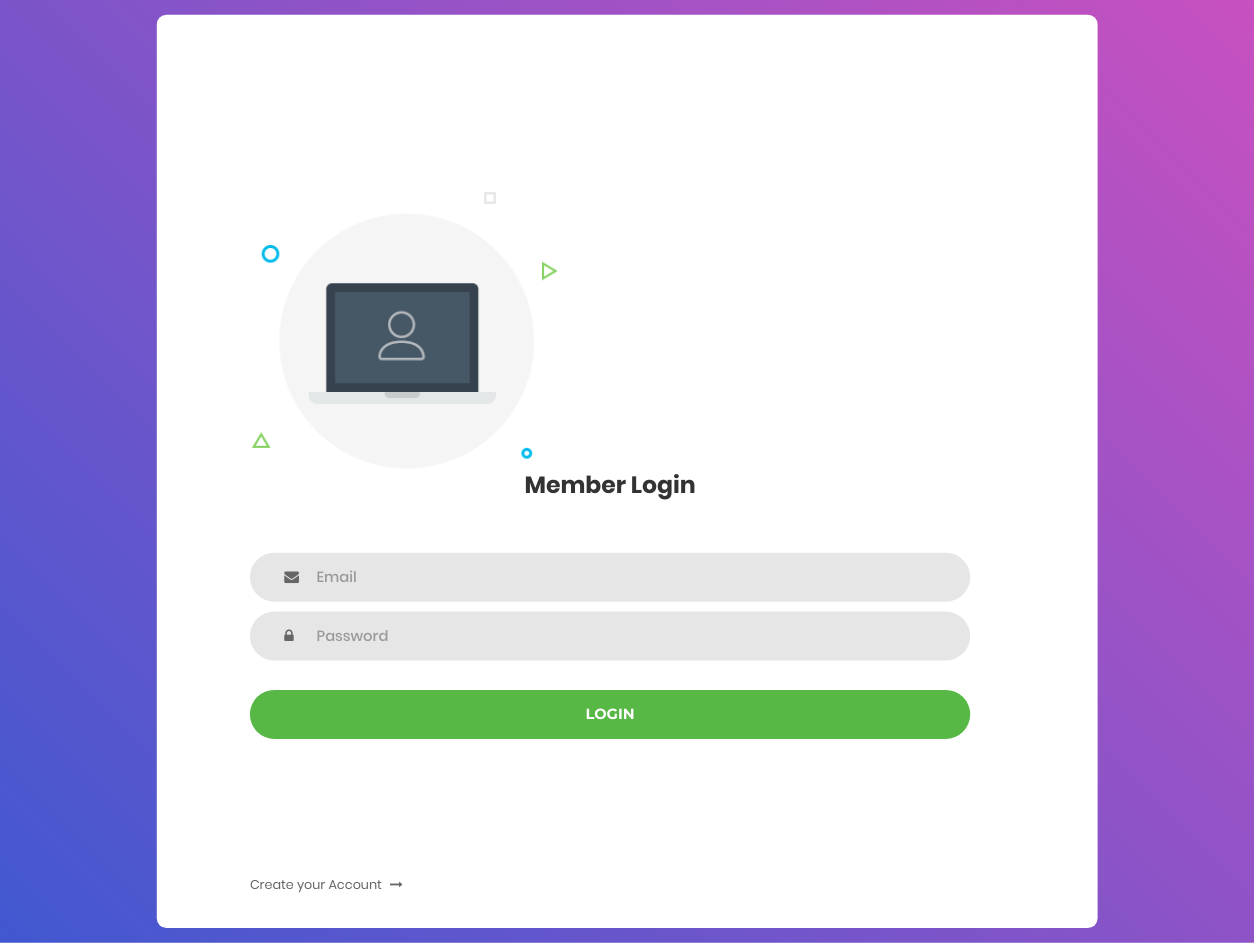
Repository: AkmalNizam/JEE-Exercise-
Page: http://localhost/ZooTaiping/admin_login.jsp
The author's editor kept a copy of each file at every save. The page is drawn from the files as they stood at one save, then again after the next save.
The browser window is 1280 px wide. The pictures show the whole page, at 98% of full size.
The page is served by Tomcat 10. Other server files are loaded and not shown.

Above is the page before, as saved 2022-07-03 03:37:56.

### ZooTaiping/src/main/webapp/admin_login.jsp
<%@ page language="java" contentType="text/html; charset=UTF-8"
    pageEncoding="UTF-8"%>
<!DOCTYPE html>
<html>
<head>
<meta charset="UTF-8">
<title>Admin Login</title>
	<meta charset="UTF-8">
	<meta name="viewport" content="width=device-width, initial-scale=1">
<!--===============================================================================================-->
	<link rel="icon" type="image/png" href="images/icons/favicon.ico"/>
<!--===============================================================================================-->
	<link rel="stylesheet" type="text/css" href="vendor/bootstrap/css/bootstrap.min.css">
<!--===============================================================================================-->
	<link rel="stylesheet" type="text/css" href="fonts/font-awesome-4.7.0/css/font-awesome.min.css">
<!--===============================================================================================-->
	<link rel="stylesheet" type="text/css" href="vendor/animate/animate.css">
<!--===============================================================================================-->
	<link rel="stylesheet" type="text/css" href="vendor/css-hamburgers/hamburgers.min.css">
<!--===============================================================================================-->
	<link rel="stylesheet" type="text/css" href="vendor/select2/select2.min.css">
<!--===============================================================================================-->
	<link rel="stylesheet" type="text/css" href="css/util.css">
	<link rel="stylesheet" type="text/css" href="css/main.css">
<!--===============================================================================================-->
</head>
<body>

<form action=AdminLoginServlet method=post>
<div class="limiter">
		<div class="container-login100">
			<div class="wrap-login100">
				<div class="login100-pic js-tilt" data-tilt>
					<img src="images/img-01.png" alt="IMG">
				</div>

				<form class="login100-form validate-form">
					<span class="login100-form-title">
						Member Login
					</span>

					<div class="wrap-input100 validate-input" data-validate = "Valid email is required: ex@abc.xyz">
						<input class="input100" type="text" name="email" placeholder="Email">
						<span class="focus-input100"></span>
						<span class="symbol-input100">
							<i class="fa fa-envelope" aria-hidden="true"></i>
						</span>
					</div>

					<div class="wrap-input100 validate-input" data-validate = "Password is required">
						<input class="input100" type="password" name="pass" placeholder="Password">
						<span class="focus-input100"></span>
						<span class="symbol-input100">
							<i class="fa fa-lock" aria-hidden="true"></i>
						</span>
					</div>

					<div class="container-login100-form-btn">
						<button class="login100-form-btn">
							Login
						</button>
					</div>


					<div class="text-center p-t-136">
						<a class="txt2" href="#">
							Create your Account
							<i class="fa fa-long-arrow-right m-l-5" aria-hidden="true"></i>
						</a>
					</div>
				</form>
			</div>
		</div>
	</div>
</form>
<!--===============================================================================================-->
	<script src="vendor/jquery/jquery-3.2.1.min.js"></script>
<!--===============================================================================================-->
	<script src="vendor/bootstrap/js/popper.js"></script>
	<script src="vendor/bootstrap/js/bootstrap.min.js"></script>
<!--===============================================================================================-->
	<script src="vendor/select2/select2.min.js"></script>
<!--===============================================================================================-->
	<script src="vendor/tilt/tilt.jquery.min.js"></script>
	<script >
		$('.js-tilt').tilt({
			scale: 1.1
		})
	</script>
<!--===============================================================================================-->
	<script src="js/main.js"></script>
</body>
</html>

### ZooTaiping/src/main/webapp/css/main.css




/*//////////////////////////////////////////////////////////////////
[ FONT ]*/

@font-face {
  font-family: Poppins-Regular;
  src: url('../fonts/poppins/Poppins-Regular.ttf');
}

@font-face {
  font-family: Poppins-Bold;
  src: url('../fonts/poppins/Poppins-Bold.ttf');
}

@font-face {
  font-family: Poppins-Medium;
  src: url('../fonts/poppins/Poppins-Medium.ttf');
}

@font-face {
  font-family: Montserrat-Bold;
  src: url('../fonts/montserrat/Montserrat-Bold.ttf');
}

/*//////////////////////////////////////////////////////////////////
[ RESTYLE TAG ]*/

* {
	margin: 0px;
	padding: 0px;
	box-sizing: border-box;
}

body, html {
	height: 100%;
	font-family: Poppins-Regular, sans-serif;
}

/*---------------------------------------------*/
a {
	font-family: Poppins-Regular;
	font-size: 14px;
	line-height: 1.7;
	color: #666666;
	margin: 0px;
	transition: all 0.4s;
	-webkit-transition: all 0.4s;
  -o-transition: all 0.4s;
  -moz-transition: all 0.4s;
}

a:focus {
	outline: none !important;
}

a:hover {
	text-decoration: none;
  color: #57b846;
}

/*---------------------------------------------*/
h1,h2,h3,h4,h5,h6 {
	margin: 0px;
}

p {
	font-family: Poppins-Regular;
	font-size: 14px;
	line-height: 1.7;
	color: #666666;
	margin: 0px;
}

ul, li {
	margin: 0px;
	list-style-type: none;
}


/*---------------------------------------------*/
input {
	outline: none;
	border: none;
}

textarea {
  outline: none;
  border: none;
}

textarea:focus, input:focus {
  border-color: transparent !important;
}

input:focus::-webkit-input-placeholder { color:transparent; }
input:focus:-moz-placeholder { color:transparent; }
input:focus::-moz-placeholder { color:transparent; }
input:focus:-ms-input-placeholder { color:transparent; }

textarea:focus::-webkit-input-placeholder { color:transparent; }
textarea:focus:-moz-placeholder { color:transparent; }
textarea:focus::-moz-placeholder { color:transparent; }
textarea:focus:-ms-input-placeholder { color:transparent; }

input::-webkit-input-placeholder { color: #999999; }
input:-moz-placeholder { color: #999999; }
input::-moz-placeholder { color: #999999; }
input:-ms-input-placeholder { color: #999999; }

textarea::-webkit-input-placeholder { color: #999999; }
textarea:-moz-placeholder { color: #999999; }
textarea::-moz-placeholder { color: #999999; }
textarea:-ms-input-placeholder { color: #999999; }

/*---------------------------------------------*/
button {
	outline: none !important;
	border: none;
	background: transparent;
}

button:hover {
	cursor: pointer;
}

iframe {
	border: none !important;
}


/*//////////////////////////////////////////////////////////////////
[ Utility ]*/
.txt1 {
  font-family: Poppins-Regular;
  font-size: 13px;
  line-height: 1.5;
  color: #999999;
}

.txt2 {
  font-family: Poppins-Regular;
  font-size: 13px;
  line-height: 1.5;
  color: #666666;
}


/*//////////////////////////////////////////////////////////////////
[ login ]*/

.limiter {
  width: 100%;
  margin: 0 auto;
}

.container-login100 {
  width: 100%;
  min-height: 100vh;
  display: -webkit-box;
  display: -webkit-flex;
  display: -moz-box;
  display: -ms-flexbox;
  display: flex;
  flex-wrap: wrap;
  justify-content: center;
  align-items: center;
  padding: 15px;
  background: #9053c7;
  background: -webkit-linear-gradient(-135deg, #c850c0, #4158d0);
  background: -o-linear-gradient(-135deg, #c850c0, #4158d0);
  background: -moz-linear-gradient(-135deg, #c850c0, #4158d0);
  background: linear-gradient(-135deg, #c850c0, #4158d0);
}

.wrap-login100 {
  width: 960px;
  background: #fff;
  border-radius: 10px;
  overflow: hidden;

  display: -webkit-box;
  display: -webkit-flex;
  display: -moz-box;
  display: -ms-flexbox;
  display: flex;
  flex-wrap: wrap;
  justify-content: space-between;
  padding: 177px 130px 33px 95px;
}

/*------------------------------------------------------------------
[  ]*/
.login100-pic {
  width: 316px;
}

.login100-pic img {
  max-width: 100%;
}


/*------------------------------------------------------------------
[  ]*/
.login100-form {
  width: 290px;
}

.login100-form-title {
  font-family: Poppins-Bold;
  font-size: 24px;
  color: #333333;
  line-height: 1.2;
  text-align: center;

  width: 100%;
  display: block;
  padding-bottom: 54px;
}


/*---------------------------------------------*/
.wrap-input100 {
  position: relative;
  width: 100%;
  z-index: 1;
  margin-bottom: 10px;
}

.input100 {
  font-family: Poppins-Medium;
  font-size: 15px;
  line-height: 1.5;
  color: #666666;

  display: block;
  width: 100%;
  background: #e6e6e6;
  height: 50px;
  border-radius: 25px;
  padding: 0 30px 0 68px;
}


/*------------------------------------------------------------------
[ Focus ]*/
.focus-input100 {
  display: block;
  position: absolute;
  border-radius: 25px;
  bottom: 0;
  left: 0;
  z-index: -1;
  width: 100%;
  height: 100%;
  box-shadow: 0px 0px 0px 0px;
  color: rgba(87,184,70, 0.8);
}

.input100:focus + .focus-input100 {
  -webkit-animation: anim-shadow 0.5s ease-in-out forwards;
  animation: anim-shadow 0.5s ease-in-out forwards;
}

@-webkit-keyframes anim-shadow {
  to {
    box-shadow: 0px 0px 70px 25px;
    opacity: 0;
  }
}

@keyframes anim-shadow {
  to {
    box-shadow: 0px 0px 70px 25px;
    opacity: 0;
  }
}

.symbol-input100 {
  font-size: 15px;

  display: -webkit-box;
  display: -webkit-flex;
  display: -moz-box;
  display: -ms-flexbox;
  display: flex;
  align-items: center;
  position: absolute;
  border-radius: 25px;
  bottom: 0;
  left: 0;
  width: 100%;
  height: 100%;
  padding-left: 35px;
  pointer-events: none;
  color: #666666;

  -webkit-transition: all 0.4s;
  -o-transition: all 0.4s;
  -moz-transition: all 0.4s;
  transition: all 0.4s;
}

.input100:focus + .focus-input100 + .symbol-input100 {
  color: #57b846;
  padding-left: 28px;
}

/*------------------------------------------------------------------
[ Button ]*/
.container-login100-form-btn {
  width: 100%;
  display: -webkit-box;
  display: -webkit-flex;
  display: -moz-box;
  display: -ms-flexbox;
  display: flex;
  flex-wrap: wrap;
  justify-content: center;
  padding-top: 20px;
}

.login100-form-btn {
  font-family: Montserrat-Bold;
  font-size: 15px;
  line-height: 1.5;
  color: #fff;
  text-transform: uppercase;

  width: 100%;
  height: 50px;
  border-radius: 25px;
  background: #57b846;
  display: -webkit-box;
  display: -webkit-flex;
  display: -moz-box;
  display: -ms-flexbox;
  display: flex;
  justify-content: center;
  align-items: center;
  padding: 0 25px;

  -webkit-transition: all 0.4s;
  -o-transition: all 0.4s;
  -moz-transition: all 0.4s;
  transition: all 0.4s;
}

.login100-form-btn:hover {
  background: #333333;
}



/*------------------------------------------------------------------
[ Responsive ]*/



@media (max-width: 992px) {
  .wrap-login100 {
    padding: 177px 90px 33px 85px;
  }

  .login100-pic {
    width: 35%;
  }

  .login100-form {
    width: 50%;
  }
}

@media (max-width: 768px) {
  .wrap-login100 {
    padding: 100px 80px 33px 80px;
  }

  .login100-pic {
    display: none;
  }

  .login100-form {
    width: 100%;
  }
}

@media (max-width: 576px) {
  .wrap-login100 {
    padding: 100px 15px 33px 15px;
  }
}


/*------------------------------------------------------------------
[ Alert validate ]*/

.validate-input {
  position: relative;
}

.alert-validate::before {
  content: attr(data-validate);
  position: absolute;
  max-width: 70%;
  background-color: white;
  border: 1px solid #c80000;
  border-radius: 13px;
  padding: 4px 25px 4px 10px;
  top: 50%;
  -webkit-transform: translateY(-50%);
  -moz-transform: translateY(-50%);
  -ms-transform: translateY(-50%);
  -o-transform: translateY(-50%);
  transform: translateY(-50%);
  right: 8px;
  pointer-events: none;

  font-family: Poppins-Medium;
  color: #c80000;
  font-size: 13px;
  line-height: 1.4;
  text-align: left;

  visibility: hidden;
  opacity: 0;

  -webkit-transition: opacity 0.4s;
  -o-transition: opacity 0.4s;
  -moz-transition: opacity 0.4s;
  transition: opacity 0.4s;
}

.alert-validate::after {
  content: "\f06a";
  font-family: FontAwesome;
  display: block;
  position: absolute;
  color: #c80000;
  font-size: 15px;
  top: 50%;
  -webkit-transform: translateY(-50%);
  -moz-transform: translateY(-50%);
  -ms-transform: translateY(-50%);
  -o-transform: translateY(-50%);
  transform: translateY(-50%);
  right: 13px;
}

.alert-validate:hover:before {
  visibility: visible;
  opacity: 1;
}

@media (max-width: 992px) {
  .alert-validate::before {
    visibility: visible;
    opacity: 1;
  }
}

Loaded but not shown: ZooTaiping/src/main/webapp/fonts/font-awesome-4.7.0/css/font-awesome.min.css (library); ZooTaiping/src/main/webapp/js/main.js (57 lines, source omitted); ZooTaiping/src/main/webapp/css/util.css (2984 lines, source omitted)

After the next save:
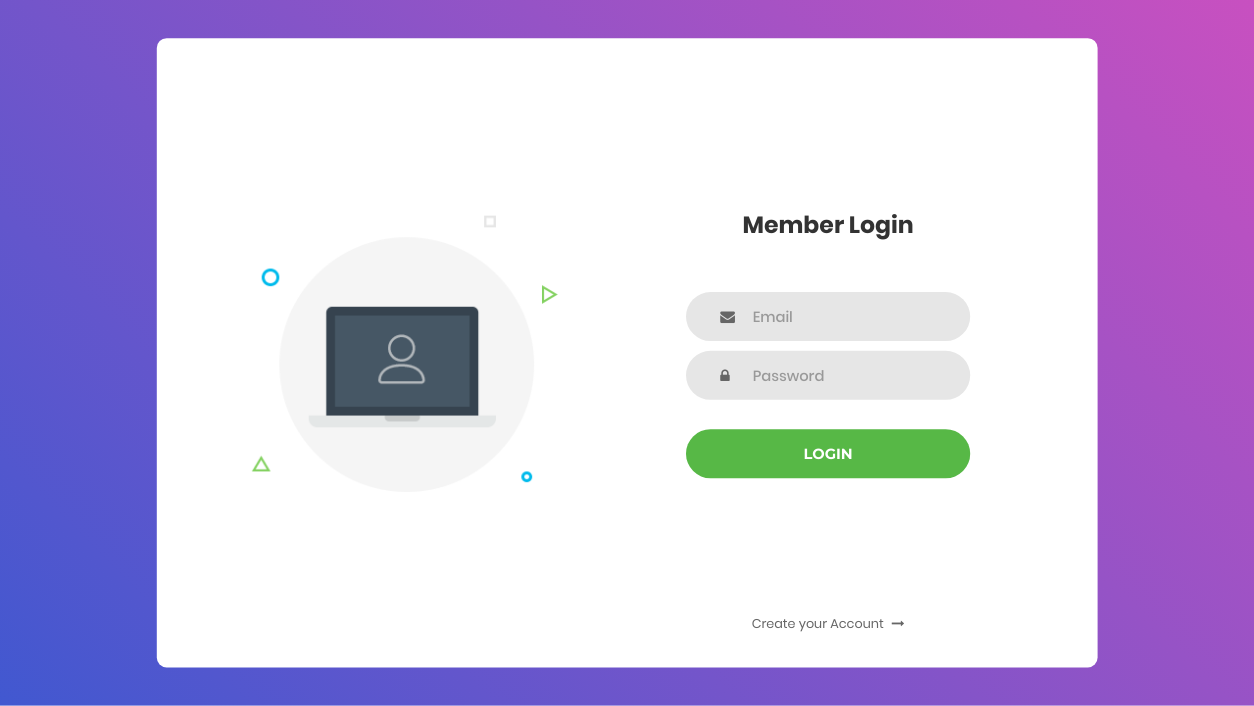
Saved 2 min 10 s later.
--- a/ZooTaiping/src/main/webapp/admin_login.jsp
+++ b/ZooTaiping/src/main/webapp/admin_login.jsp
@@ -26,7 +26,6 @@
 </head>
 <body>
 
-<form action=AdminLoginServlet method=post>
 <div class="limiter">
 		<div class="container-login100">
 			<div class="wrap-login100">
@@ -34,7 +33,7 @@
 					<img src="images/img-01.png" alt="IMG">
 				</div>
 
-				<form class="login100-form validate-form">
+				<form class="login100-form validate-form" action=AdminLoginServlet method=post>
 					<span class="login100-form-title">
 						Member Login
 					</span>
@@ -72,7 +71,7 @@
 			</div>
 		</div>
 	</div>
-</form>
+
 <!--===============================================================================================-->
 	<script src="vendor/jquery/jquery-3.2.1.min.js"></script>
 <!--===============================================================================================-->
